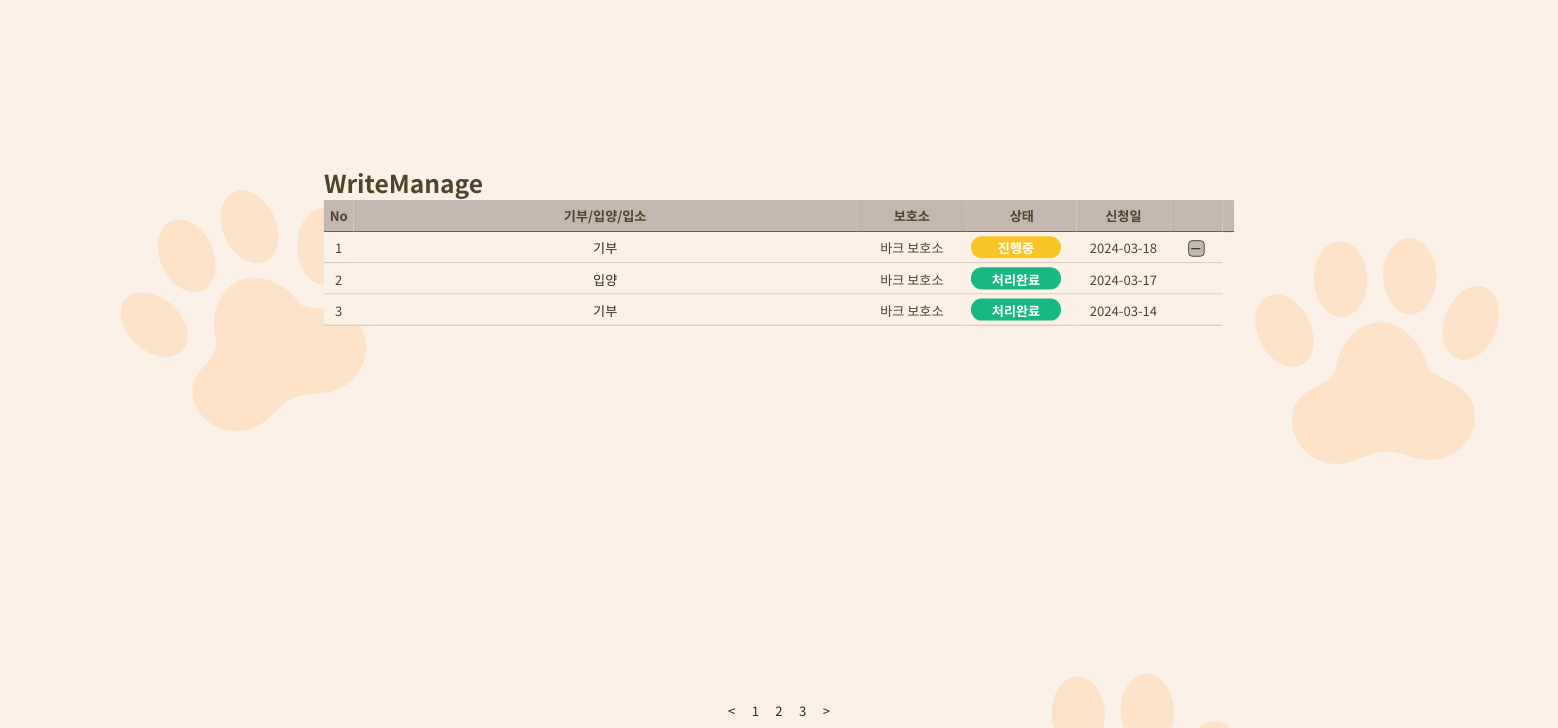
Repository: jngwk/Project-Bark
Page: http://localhost/Bark/include/userManageApp.jsp
The author's editor kept a copy of each file at every save. The page is drawn from the files as they stood at one save, then again after the next save.
The browser window is 1280 px wide. The page is 1900 px wide, so the pictures cover 1900 px, including what lies to the right of the window. The pictures show the whole page, at 82% of full size.
The page is served by Tomcat 9. Other server files are loaded and not shown.

Above is the page before, as saved 2024-03-27 16:14:20.

### java_workspace/Bark/src/main/webapp/include/userManageApp.jsp
<%@ page language="java" contentType="text/html; charset=UTF-8"
    pageEncoding="UTF-8"%>
<%@ taglib prefix="c" uri="http://java.sun.com/jsp/jstl/core" %>
<!DOCTYPE html>
<html>
<head>
    <meta charset="UTF-8">
    <meta name="viewport" content="width=device-width, initial-scale=1.0">
    <title>Document</title>
	<c:set var="contextPath" value="${pageContext.request.contextPath }"/>
    <link rel="stylesheet" href="${contextPath }/css/manageApp.css">
</head>
<body>
    <div class="container">
        <div class="row">

            <h>WriteManage</h>

            <div class="table">
            <table class="writeManage">
                <thead>
                    <tr>
                        <th>No</th>
                        <th>기부/입양/입소</th>
                        <th>보호소</th>
                        <th>상태</th>
                        <th>신청일<th>
                        <th></th>
                    </tr>
                </thead>
                <tbody>
                    <tr>
                        <td>1</td>
                        <td><a href="#"> 기부</a></td>
                        <td>바크 보호소</td>
                        <!-- 상태창 -->
                        <td><div class="status1">진행중</div></td>
                        <td>2024-03-18</td>
                        <td>
                        	<!-- 취소하기 버튼 -->
                        	<button type="button" class="minus-button">ㅡ</button>
                        </td>
                    </tr>
                    <tr>
                        <td>2</td>
                        <td><a href="#"> 입양</a></td>
                        <td>바크 보호소</td>
                        <td><div class="status2">처리완료</div></td>
                        <td>2024-03-17</td>
                        <td>
                        </td>
                    </tr>
                    <tr>
                        <td>3</td>
                        <td><a href="#"> 기부</a></td>
                        <td>바크 보호소</td>
                        <td><div class="status2">처리완료</div></td>
                        <td>2024-03-14</td>
                        <td>
                        </td>
                    </tr>
                </tbody>
            </table>
			</div>

			<div class="pageNumber">
	            <a href="#"><</a>
	            <a href="#">1</a>
	            <a href="#">2</a>
	            <a href="#">3</a>
	            <a href="#">></a>
	        </div>
    	</div>
    </div>
</body>
</html>

### java_workspace/Bark/src/main/webapp/css/manageApp.css
@charset "UTF-8";
@import url(./root.css);

/*초기화 */
*{
    text-decoration: none; color: #52442a;
    margin: 0; padding: 0; font-weight: normal;
}
html{background: #fcf1e7}
body{display: flex; justify-content: center; align-content: center;}
.table{min-height: 600px;}
.row{margin-top:200px}

/* 제목 */
.row>h{color: #52442a; font-weight: bold; font-size: 30px;}
.notice_up{display: flex; justify-content: space-between; align-content: center; padding: 5px 0; margin-top:50px;}


/* 테이블 */

.writeManage{ border-spacing: 0;}
.writeManage>thead>tr>th{
	background-color:  rgb(195, 184, 175); color: #52442a; text-align: center; padding: 7px;
    border-bottom: 1px solid #52442a; font-weight: bold;
}
.writeManage>thead>tr>th:nth-child(2){
    width: 600px;
}
.writeManage>thead>tr>th:nth-child(3){
    width: 120px;
}
.writeManage>thead>tr>th:nth-child(4){
    width: 120px;
}
.writeManage>thead>tr>th:nth-child(5){
    width: 100px;
}
.writeManage>thead>tr>th:nth-child(6){
    width: 50px;
}
.writeManage>tbody>tr>td{
	background: #fcf1e7; color: #52442a; text-align: center; border-bottom: 1px solid rgb(195, 184, 175);
    padding: 5px;
}

/* 상태창 */
.status1{
	width: 100px; height: 20px; text-align: center; font-weight: bold;
	background: rgb(248, 196, 39); color: white; text-align: center; border-radius: 15px;
    padding: 2px 5px 5px 5px;
}
.status2{
	width: 100px; height: 20px; text-align: center; font-weight: bold;
	background: rgb(25, 183, 130); color: white; text-align: center; border-radius: 15px;
    padding: 2px 5px 5px 5px;
}

/* 취소하기 버튼 */
.minus-button{
	text-align: center; font-weight: bolder;
	width: 20px; height: 20px;
	padding: 0px 8px 5px 2px;
}

/* 페이지 */
.pageNumber{display: flex; justify-content: center;}
.pageNumber>a{padding: 10px;}



/* #fcf1e7 #52442a */

### java_workspace/Bark/src/main/webapp/css/root.css
@import url("https://fonts.googleapis.com/css2?family=Noto+Sans+KR:wght@100..900&display=swap");
:root {
  --color-bean-brown: #302819;
  --color-rose-white: #fbf1e7;
  --color-deep-brown: #52442a;
  --color-effect: rgb(171, 100, 39);
  --color-strong: rgb(82, 68, 42);
  --color-inactive: rgb(195, 184, 175);

}

* {
  margin: 0;
  padding: 0;
  font-family: "Noto Sans KR", sans-serif;
  font-optical-sizing: auto;
  font-style: normal;
}
html:not(.main) {
  position: relative;
  background-image: url(../images/background-img.png);
}
html:not(.main) {
  position: relative;
  background-color: var(--color-rose-white);
}
body {
  position: relative;
  width: 1900px;
  height: 100dvh;
  margin: 0 auto;
  z-index: 0;
}

li {
  list-style: none;
}
a {
  text-decoration: none;
  color: var(--color-bean-brown);
}
input, button, .btn{
	border-radius: 5px;
	box-shadow: none !important;
	border: 1px solid var(--color-bean-brown);
	color: var(--color-bean-brown);
}
input{
	font-size: 18px;
	padding: 0 10px;
}
input[readonly]{
	background-color: rgb(224, 224, 224);
}
input:not([readonly]):focus{
	border: 2px solid var(--color-effect) !important;
}

.content-container{
	position: absolute;
	width: 1600px;
	min-height: 800px;
	/* height: calc(100dvh - 160px);
	height: 880px;
	height: fit-content;*/
	right: 40px;
	top: 160px;
	z-index: -1;
	padding-top: 80px;
	/*display: flex;
	justify-content: center;*/


}
.padding-bottom{
	padding-bottom: calc(100dvh - 1040px);
}
.container{
	position: relative;
	margin: 0 auto;
	width: fit-content;
}
.content-blur{
	position: fixed;
	width: 100%;
	left: 0;
	height: calc(100dvh - 1040px);
	bottom: 0;
	background: var(--color-rose-white);
	opacity: 0.8;
	z-index: 9999;

}
.btn {
  position: relative;
  box-sizing: border-box;
  white-space: pre;
  padding-block: 1px;
  padding-inline: 6px;
}
button:not(.call-to-action), .btn{
	color: var(--color-bean-brown) !important;
  background-color: var(--color-inactive) !important;
}
button:hover, select:hover{
	cursor: pointer !important;
}
button:not(.call-to-action):hover, .btn:hover, .btn.checked{
	cursor: pointer !important;
	background-color: var(--color-strong) !important;
	color: var(--color-rose-white) !important;
	transition: 0.3s;
}
strong {
  font-size: 1.5rem;
  /* line-height: 30px; */
}
h1 {
  text-align: center;
  padding-bottom: 30px;
  font-size: 30px;
}

### java_workspace/Bark/src/main/webapp/css/userManageApp.css
@charset "UTF-8";
@import url(./root.css);

/*초기화 */
.table{min-height: 600px;}
.row{margin-top:200px}

/* 제목 */
.row>h{color: #52442a; font-weight: bold; font-size: 30px;}
.notice_up{display: flex; justify-content: space-between; align-content: center; padding: 5px 0; margin-top:50px;}


/* 테이블 */

.writeManage{ border-spacing: 0;}
.writeManage>thead>tr>th{
	background-color:  rgb(195, 184, 175); color: #52442a; text-align: center; padding: 7px;
    border-bottom: 1px solid #52442a; font-weight: bold;
}
.writeManage>thead>tr>th:nth-child(2){
    width: 600px;
}
.writeManage>thead>tr>th:nth-child(3){
    width: 120px;
}
.writeManage>thead>tr>th:nth-child(4){
    width: 120px;
}
.writeManage>thead>tr>th:nth-child(5){
    width: 100px;
}
.writeManage>thead>tr>th:nth-child(6){
    width: 50px;
}
.writeManage>tbody>tr>td{
	background: #fcf1e7; color: #52442a; text-align: center; border-bottom: 1px solid rgb(195, 184, 175);
    padding: 5px;
}

/* 상태창 */
.status1{
	width: 100px; height: 20px; text-align: center; font-weight: bold;
	background: rgb(248, 196, 39); color: white; text-align: center; border-radius: 15px;
    padding: 2px 5px 5px 5px;
}
.status2{
	width: 100px; height: 20px; text-align: center; font-weight: bold;
	background: rgb(25, 183, 130); color: white; text-align: center; border-radius: 15px;
    padding: 2px 5px 5px 5px;
}

/* 취소하기 버튼 */
.minus-button{
	text-align: center; font-weight: bolder;
	width: 20px; height: 20px;
	padding: 0px 8px 5px 2px;
}

/* 페이지 */
.pageNumber{display: flex; justify-content: center;}
.pageNumber>a{padding: 10px;}



/* #fcf1e7 #52442a */

After the next save:
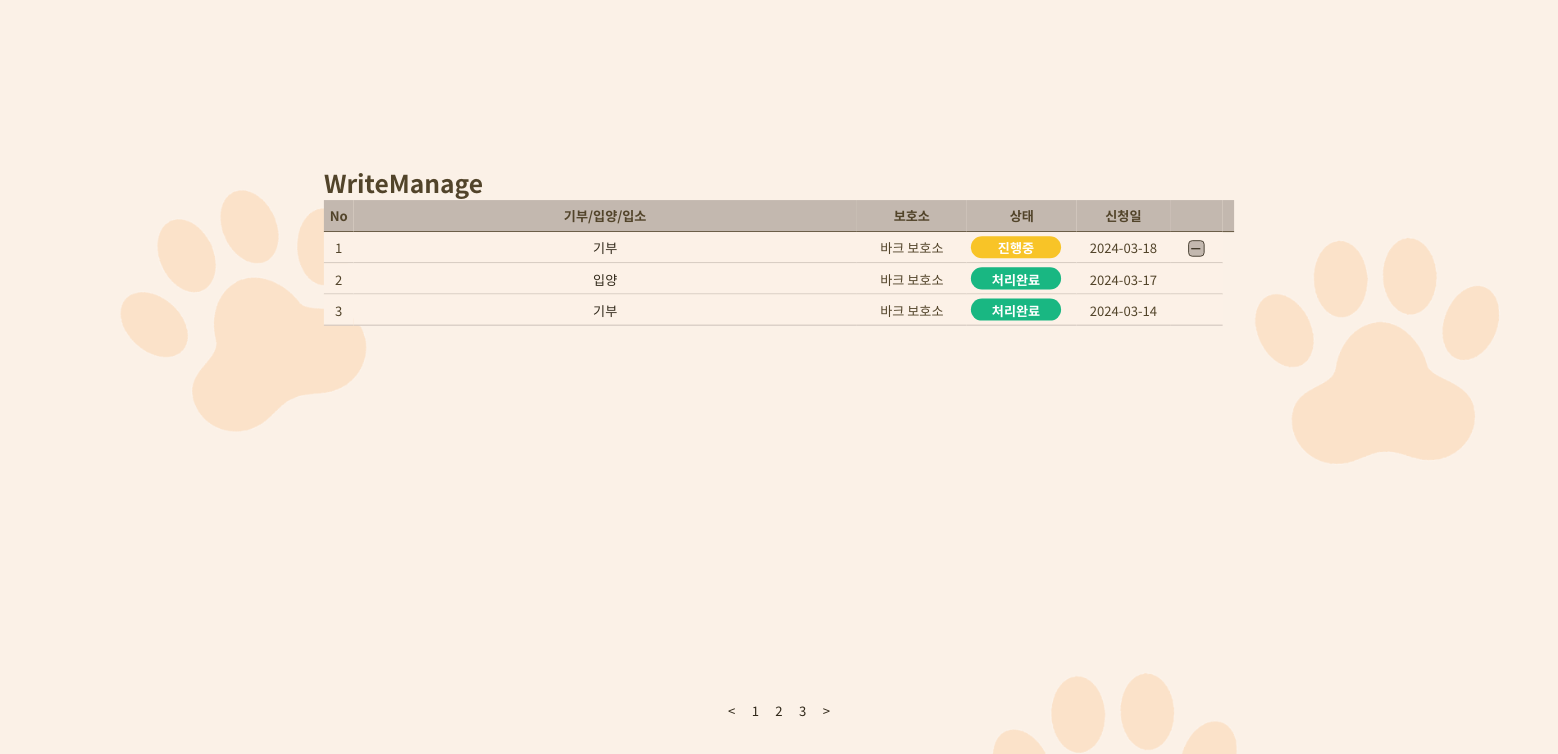
Saved 4 min 14 s later.
--- a/java_workspace/Bark/src/main/webapp/include/userManageApp.jsp
+++ b/java_workspace/Bark/src/main/webapp/include/userManageApp.jsp
@@ -8,7 +8,7 @@
     <meta name="viewport" content="width=device-width, initial-scale=1.0">
     <title>Document</title>
 	<c:set var="contextPath" value="${pageContext.request.contextPath }"/>
-    <link rel="stylesheet" href="${contextPath }/css/manageApp.css">
+    <link rel="stylesheet" href="${contextPath }/css/userManageApp.css">
 </head>
 <body>
     <div class="container">
